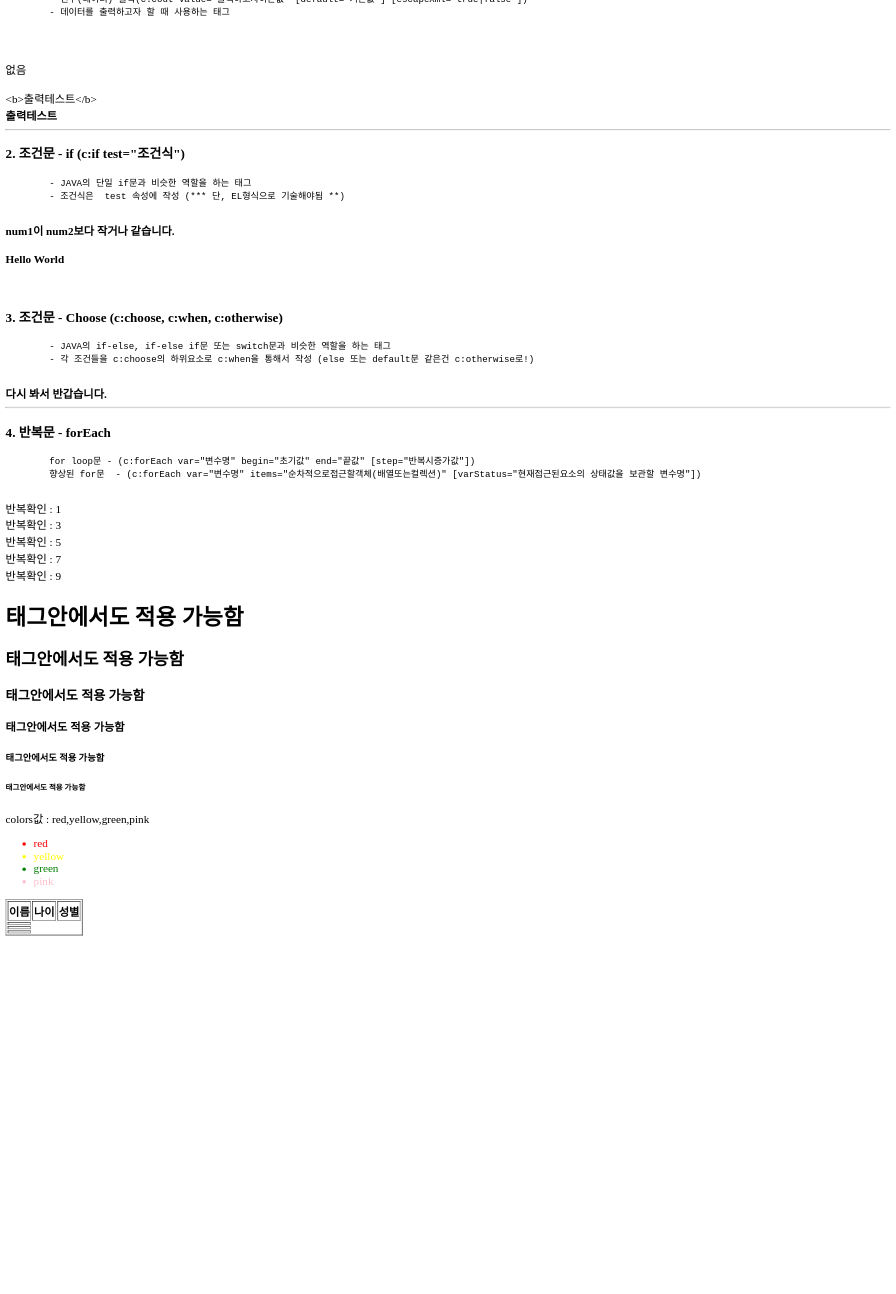
Repository: Young-27/DailyStudy
Page: http://localhost/actionProject/views/3_customAction/01_core.jsp
The author's editor kept a copy of each file at every save. The page is drawn from the files as they stood at one save, then again after the next save.
The browser window is 1280 px wide. The pictures show the part of the page from y = 856 to 2776 px (the page is 2704 px tall before and 2776 px after), at 70% of full size.
The page is served by Tomcat 9. Other server files are loaded and not shown.

Above is the page before, as saved 2021-06-17 11:04:22.

### Server/web-workspace2/actionProject/WebContent/views/3_customAction/01_core.jsp
<%@ page language="java" contentType="text/html; charset=UTF-8"
    pageEncoding="UTF-8" import="java.util.ArrayList, com.kh.model.vo.Person"%>
<%@ taglib prefix="c" uri="http://java.sun.com/jsp/jstl/core" %>
<!DOCTYPE html>
<html>
<head>
<meta charset="UTF-8">
<title>Insert title here</title>
</head>
<body>

	<h1>JSTL Core Library</h1>

	<h3>1. 변수(속성)</h3>
	<pre>
	* 변수 선언 (c:set var="" value="" [scope=""])
	- 변수 선언하고 초기값을 대입해두는 기능을 제공
	- 해당 변수를 어떤 scope에 담아둘껀지 지정가능함 (생략시 기본적으로 pageScope에 담김)
	=> 즉, 해당 scope에 setAttribute를 통해서 key-value 형태로 데이터를 담아놓는 거라고 생각하면됨
	=> c:set을 통해 선언된 변수는 EL로 접근해서 사용 가능 (단, 스크립팅원소로는 접근 불가)

	* 주의사항
	- 변수 타입을 별도로 지정하지 않음
	- 초기값은 반드시 지정해둬야됨 (즉, 선언과 동시에 초기화)
	</pre>

	<c:set var="num1" value="10"/> <!-- page Scope에 담김 -->
	<c:set var="num2" value="20" scope="request"/>
	<%-- => request.setAttribute("num2", "20"); 와 같음 --%>

	num1 변수값 : ${ num1 } <br>
	num2 변수값 : ${ num2 } <br>

	<c:set var="result" value="${ num1 + num2 }" scope="session"/>

	result 변수값 : ${ result } <br><br>
	<%-- scope를 지정해주면 속도가 더 빨라짐 --%>

	${ pageScope.num1 } <br>
	${ requestScope.num2 } <br>
	${ requestScope.result } <br> <%-- request Scope에 존재X => null(X), 빈칸(O) --%>
	${ sessionScope.result } <br><br>

	<c:set var="result" scope="request">
		9999 <%-- value값 ! --%>
	</c:set>

	${ requestScope.result } <br>

	<hr>

	<pre>
	* 변수 삭제 (c:remove var="제거하고자하는변수명" [scope=""])
	- 해당 변수를 scope에서 찾아서 제거하는 태그
	- scope 지정 생략 시 모든 scope에서 해당 변수 다 찾아서 제거함
	=> 즉, 해당 scope에 .removeAttribute를 통해 제거하는 거라고 생각하면 됨
	</pre>

	삭제 전 result : ${ result } <br><br>

	1) 특정 scope지정해서 삭제 <br>
	<c:remove var="result" scope="request"/>
	request 삭제 후 result : ${ result } <br><br>

	2) 모든 scope에서 삭제 <br>
	<c:remove var="result"/>
	모두 삭제 후 result : ${ result } <br><br>

	<hr>

	<pre>
	* 변수(데이터) 출력(c:cout value="출력하고자하는값" [default="기본값"] [escapeXml="true|false"])
	- 데이터를 출력하고자 할 때 사용하는 태그
	<%-- 출력하고자 하는 값이 존재하지 않을 경우 default="기본값"출력 --%>
	</pre>

	<c:out value="${ result }"/> <br>
	<c:out value="${ result }" default="없음"/> <br><br>
	<%-- 사용 예시 : 1:1문의에서 답변이 달리지 않았을 경우 default문구 출력하도록 !! --%>

	<c:set var="outTest" value="<b>출력테스트</b>"/>
	<c:out value="${ outTest }"/><br> <!-- escapeXml 생략 시 기본값이 true == 태그 해석안됨 (문자열로 취급) -->
	<c:out value="${ outTest }" escapeXml="false"/> <br>

	<hr>

	<h3>2. 조건문 - if (c:if test="조건식")</h3>
	<pre>
	- JAVA의 단일 if문과 비슷한 역할을 하는 태그
	- 조건식은  test 속성에 작성 (*** 단, EL형식으로 기술해야됨 **)
	</pre>

	<%--
	<% if(num1 > num2) { %>


	<% } %>
	 --%>

	 <c:if test="${ num1 > num2 }"> <!-- > 혹은 gt -->
	 	<b>num1이 num2보다 큽니다.</b>
	 </c:if>

	 <c:if test="${ num1 <= num2 }"> <!-- <= 혹은 le -->
	 	<b>num1이 num2보다 작거나 같습니다.</b>
	 </c:if>

	 <br>

	 <c:set var="str" value="안녕하세요"/>

	 <!-- 기존 방식 -->
	 <%--
	 <% if(str.equals("안녕하세요")){%>

	 <% } %>
	 --%>

	 <c:if test="${ str eq '안녕하세요' }">
	 	<h4>Hello World</h4>
	 </c:if>

	 <c:if test="${ str ne '안녕하세요' }">
	 	<h4>Bye World</h4>
	 </c:if>

	<br>

	<h3>3. 조건문 - Choose (c:choose, c:when, c:otherwise)</h3>
	<pre>
	- JAVA의 if-else, if-else if문 또는 switch문과 비슷한 역할을 하는 태그
	- 각 조건들을 c:choose의 하위요소로 c:when을 통해서 작성 (else 또는 default문 같은건 c:otherwise로!)
	</pre>

	<%-- 기존방식
	<% if(num1 == 20) { %>

	<% }else if(num1 == 10){ %>

	<% }else{ %>

	<% } %>
	--%>

	<c:choose>
		<c:when test="${ num1 eq 20 }">
			<b>처음 뵙겠습니다.</b>
		</c:when>
		<c:when test="${ num1 eq 10 }">
			<b>다시 봐서 반갑습니다.</b>
		</c:when>
		<c:otherwise>
			<b>안녕하세요</b>
		</c:otherwise>
	</c:choose>
	<!-- *주의 : choose 구역 안에 다른 텍스트 작성하면 오류남!! 주석 써도 오류남!! -->

	<hr>

	<h3>4. 반복문 - forEach</h3>
	<pre>
	for loop문 - (c:forEach var="변수명" begin="초기값" end="끝값" [step="반복시증가값"])
	향상된 for문  - (c:forEach var="변수명" items="순차적으로접근할객체(배열또는컬렉션)" [varStatus="현재접근된요소의 상태값을 보관할 변수명"])
	</pre>

	<%-- 기존방식
	<% for(int i=1; i<=10; i++){%>

	<%} %>
	 --%>
	<c:forEach var="i" begin="1" end="10" step="2">
		반복확인 : ${ i } <br>
	</c:forEach>

	<c:forEach var="i" begin="1" end="6">
		<h${i}>태그안에서도 적용 가능함</h${i}>
	</c:forEach>

	<c:set var="colors">
		red,yellow,green,pink
	</c:set>

	colors값 : ${ colors } <br>

	<ul>
		<c:forEach var="c" items="${ colors }">
			<li style="color:${c}">${ c }</li>
		</c:forEach>
	</ul>



	<%
		ArrayList<Person> list = new ArrayList<>();
		list.add(new Person("홍길동", 20, "남자"));
		list.add(new Person("김말순", 30, "여자"));
		list.add(new Person("김개똥", 40, "남자"));

		request.setAttribute("pList", list);
		// 여기까지의 코드는 이 페이지가 응답되기 전의 Servlet에서 할 코드
	%>

	<table border="1">
		<thead>
			<tr>
				<th>이름</th>
				<th>나이</th>
				<th>성별</th>
			</tr>
		</thead>
		<tbody>
			<%-- 기존 방식
			<% if(pList.isEmpty()){ %>

			<% }else{ %>
				<% for(Person p : pList){ %>

				<% } %>
			<% } %>
			 --%>

			<c:choose>
				<c:when test="${ empty pList }">

				</c:when>
				<c:otherwise>
					<c:forEach var="p" items="${ pList }">
						<tr>
							<td></td>
						</tr>
					</c:forEach>
				</c:otherwise>
			</c:choose>


		</tbody>
	</table>




	<br><br><br><br><br><br><br><br><br><br><br><br><br><br><br><br><br><br><br><br><br><br><br><br><br><br><br><br>




</body>
</html>

### Server/web-workspace2/actionProject/src/com/kh/model/vo/Person.java
package com.kh.model.vo;

public class Person {

	private String name;
	private int age;
	private String gender;

	public Person() {}

	public Person(String name, int age, String gender) {
		super();
		this.name = name;
		this.age = age;
		this.gender = gender;
	}

	public String getName() {
		return name;
	}

	public void setName(String name) {
		this.name = name;
	}

	public int getAge() {
		return age;
	}

	public void setAge(int age) {
		this.age = age;
	}

	public String getGender() {
		return gender;
	}

	public void setGender(String gender) {
		this.gender = gender;
	}

	@Override
	public String toString() {
		return "Person [name=" + name + ", age=" + age + ", gender=" + gender + "]";
	}



}

After the next save:
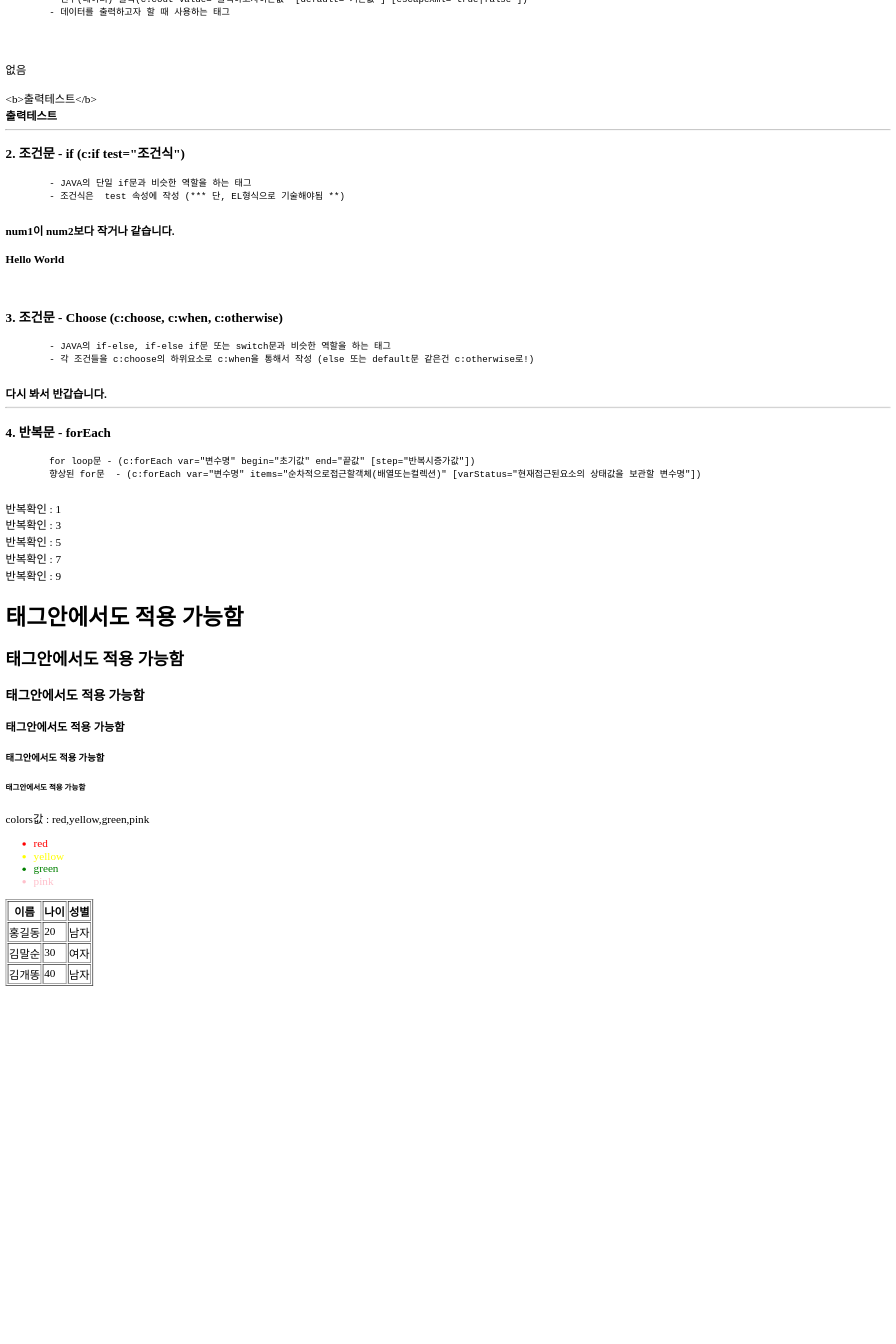
Saved 63 s later.
--- a/Server/web-workspace2/actionProject/WebContent/views/3_customAction/01_core.jsp
+++ b/Server/web-workspace2/actionProject/WebContent/views/3_customAction/01_core.jsp
@@ -226,7 +226,9 @@
 				<c:otherwise>
 					<c:forEach var="p" items="${ pList }">
 						<tr>
-							<td></td>
+							<td>${ p.name }</td>
+							<td>${ p.age }</td>
+							<td>${ p.gender }</td>
 						</tr>
 					</c:forEach>
 				</c:otherwise>
